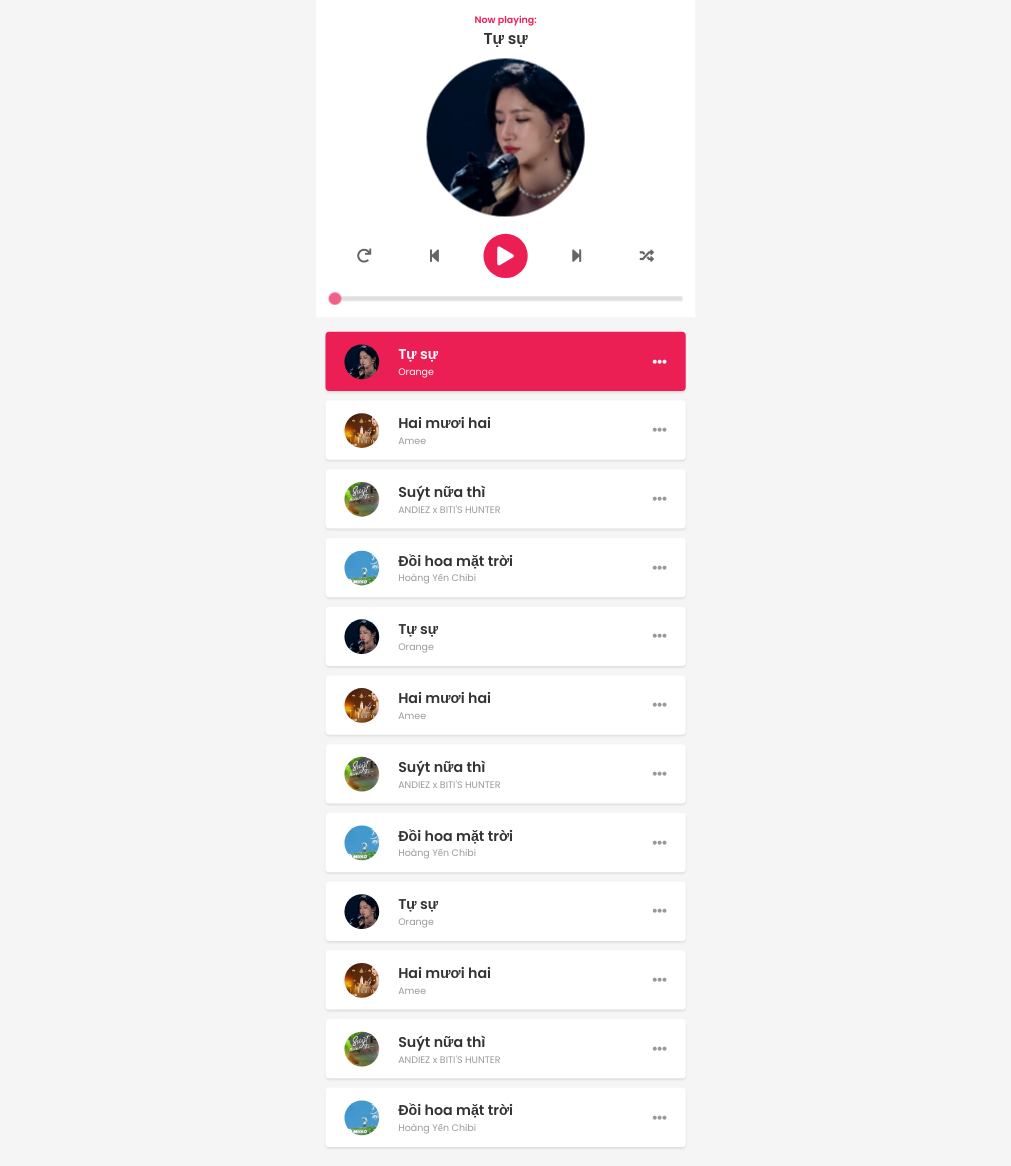
Repository: tannv3201/learn_JS_F8
Page: Example/Music player/index.html
The author's editor kept a copy of each file at every save. The page is drawn from the files as they stood at one save, then again after the next save.
The browser window is 1280 px wide. The pictures show the whole page, at 79% of full size.
Pictures or frames that could not be fetched are drawn as grey boxes.

Above is the page before, as saved 2022-08-17 14:44:29.

After the next save:
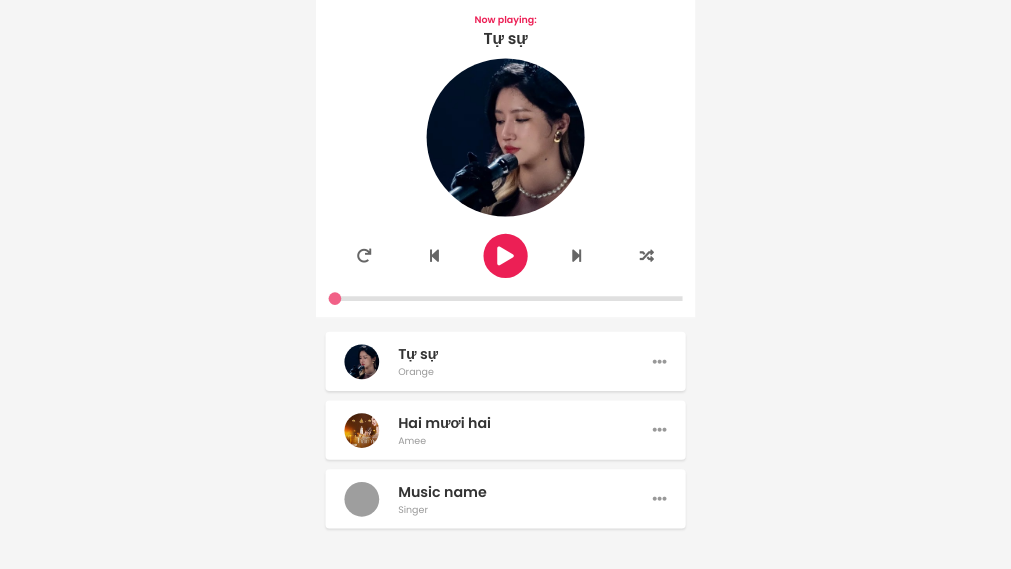
Console error: SyntaxError: Invalid or unexpected token
Saved 3 min 0 s later.
--- a/Example/Music player/main.js
+++ b/Example/Music player/main.js
@@ -254,7 +254,7 @@
         setTimeout(() => {
             $('.song.active').scrollIntoView({
                 behavior: 'smooth',
-                block: 'nearest',
+                block: 'nearest', block: "end", inline: "nearest
             });
         }, 300);
     },

After the save that followed:
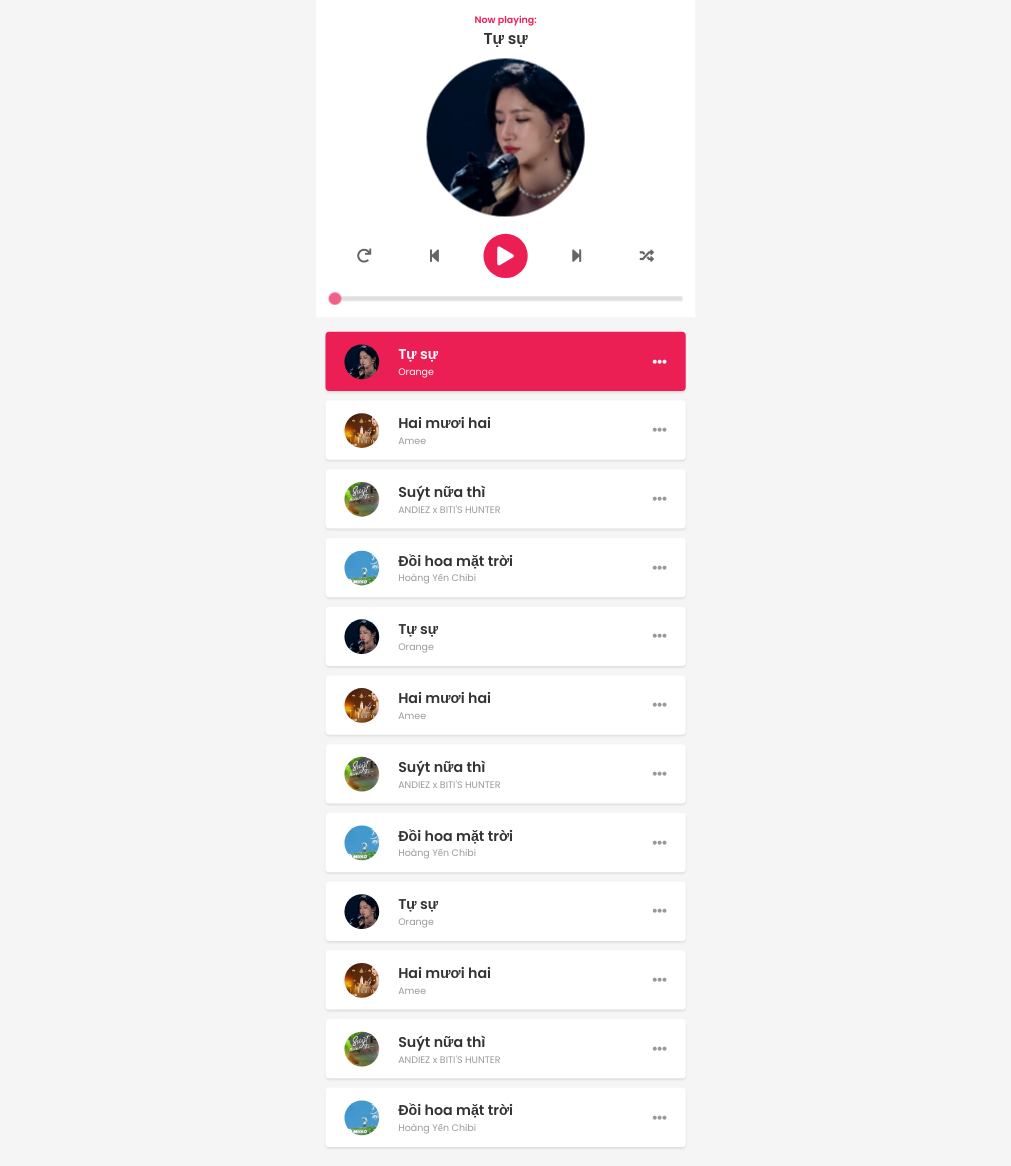
The error is gone.
Saved 11 s later.
--- a/Example/Music player/main.js
+++ b/Example/Music player/main.js
@@ -254,7 +254,8 @@
         setTimeout(() => {
             $('.song.active').scrollIntoView({
                 behavior: 'smooth',
-                block: 'nearest', block: "end", inline: "nearest
+                block: 'nearest', block: "end",
+                inline: "nearest"
             });
         }, 300);
     },
